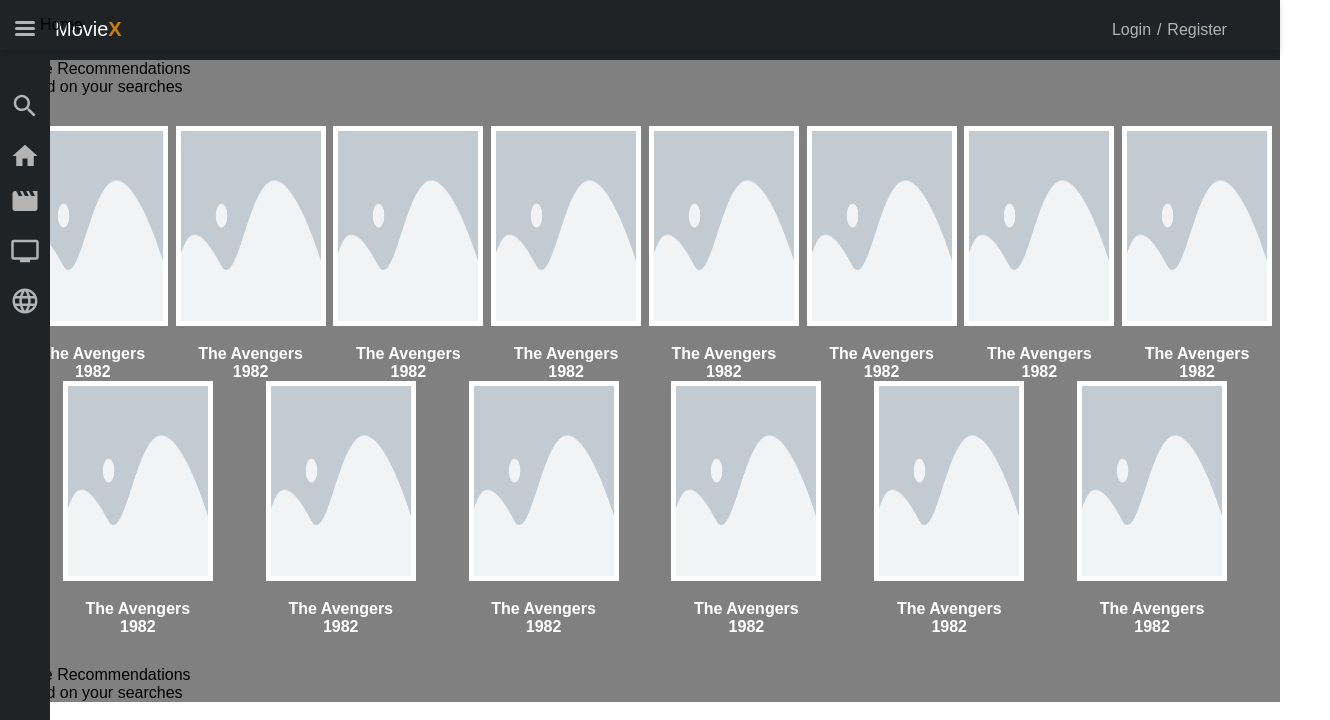
Repository: Amad-Mlinka/MovieTVBrowserNext
Page: /
These files come from the project's save history. The page is drawn as it stood at one moment and after the next save; the edit follows.
The browser window is 1280 px wide. The page is 1280 px wide, then 1330 px, so the pictures cover 1330 px, including what lies to the right of the window. The pictures show the whole page.
The project was rebuilt for these pictures with package versions that can differ from the ones it lists, and the page was loaded fresh each time. The framework's server and built-in components were replaced by stand-ins that run in the browser. Also part of the build but not shown: next.config.js.

Above is the page before, as saved 2021-08-06 22:59:09.

### pages/_app.js
import Layout from '../components/layout/Layout'
import '../styles/globals.scss'


function MyApp({ Component, pageProps }) {
  return (
    <Layout>
      <Component {...pageProps} />
    </Layout>


  )
}

export default MyApp

### pages/index.js
import Head from 'next/head'

import homeStyles from '../styles/Home.module.scss'
import Media from "../components/media/Media"



export default function Home() {
  return (
    <>
      <header className={homeStyles.header}>
        <div className={homeStyles.heading}>
          Home
        </div>

      </header>
      <div className={homeStyles.buffer}></div>
      <div className={homeStyles.content}>
        <div className="movieRecommendations">
          <div className="recommendationHeader">
            <span>Movie Recommendations</span>
          </div>
          <div className="recommendationSubHeader">
            <span>Based on your searches</span>
          </div>
          <div className={homeStyles.mediaList}>
            <Media rating={3} title={"The Avengers"} year={"1982"}/>
            <Media rating={3} title={"The Avengers"} year={"1982"}/>
            <Media rating={3} title={"The Avengers"} year={"1982"}/>
            <Media rating={3} title={"The Avengers"} year={"1982"}/>
            <Media rating={3} title={"The Avengers"} year={"1982"}/>
            <Media rating={3} title={"The Avengers"} year={"1982"}/>
            <Media rating={3} title={"The Avengers"} year={"1982"}/>
            <Media rating={3} title={"The Avengers"} year={"1982"}/>
            <Media rating={3} title={"The Avengers"} year={"1982"}/>
            <Media rating={3} title={"The Avengers"} year={"1982"}/>
            <Media rating={3} title={"The Avengers"} year={"1982"}/>
            <Media rating={3} title={"The Avengers"} year={"1982"}/>
            <Media rating={3} title={"The Avengers"} year={"1982"}/>
            <Media rating={3} title={"The Avengers"} year={"1982"}/>
          </div>
        </div>
        <div className="tvRecommendations">
          <div className="recommendationHeader">
            <span>Movie Recommendations</span>
          </div>
          <div className="recommendationSubHeader">
            <span>Based on your searches</span>
          </div>
        </div>
      </div>
    </>

  )
}

### components/layout/Layout.tsx
import React, { useState } from 'react'
import Nav from '../nav/Nav'
import layoutStyles from "../../styles/Layout.module.scss"

const Layout = ({children}) => {
    const [sidebarOpen, setsidebarOpen] = useState(false)
    const [sidebarLock, setSidebarLock] = useState(false);
    const sidebarToggle = () => {
        setsidebarOpen(!sidebarOpen);
    }
    const sidebarLockToggle = () => {
        setSidebarLock(!sidebarLock);
    }
    return (
        <>
        <Nav sidebarOpen={sidebarOpen} setSidebarOpen={sidebarToggle} sidebarLock={sidebarLock} setSidebarLock={sidebarLockToggle}/>
        <main className={`${layoutStyles.main} ${sidebarOpen ? layoutStyles.hamburgerOpen : layoutStyles.hamburgerClose}`}>
            {children}
        </main>
        </>

    )
}

export default Layout

### styles/globals.scss
html, body {
  height: 100%;
}
body {
  background: #fff;
  padding: 0;
  margin: 0;
  font-family: 'Varela Round', sans-serif;
}

a {
  color: inherit;
  text-decoration: none;
}

* {
  box-sizing: border-box;
}

### styles/Home.module.scss
@import "general.scss";

.header {
  position: relative;
  display: flex;
  flex-direction: row;
  justify-content: flex-start;
}
.heading {
  position: fixed;
  width: 100%;
  align-items: center;
  box-shadow: 0 3px 6px 0 rgb(0 0 0 / 15%);
  color: black;
  display: flex;
  flex-shrink: 0;
  font-size: 16px;
  height: 50px;
  justify-content: space-between;
  padding-left: 40px;
  padding-right: 25px;
  z-index: 1;
}
.buffer {
  height: 50px;
  width: 100%;
  margin-bottom: 10px;
}
.content {
  padding-left: 10px;
}
.mediaList {
  margin: 30px 0px;
  display: flex;
  flex-direction: row;
  justify-content: space-evenly;
  flex-wrap: wrap;
}

### components/media/Media.tsx
import React from 'react'

import mediaStyles from "../../styles/Media.module.scss"
import placeholder from "../../public/placeholder.png"
import { Button, Rating } from '@material-ui/core'
import Image from 'next/image'

const Media = (props) => {
    return (
        <>
            <div className={mediaStyles.media}>
              <div className={mediaStyles.mediaContainer}>
                <div className={mediaStyles.mediaImageContainer}>
                  <Image className={mediaStyles.mediaImage} src={props.image || placeholder} height="200" width="150" />
                </div>
                <div className={mediaStyles.mediaOverlay}>
                  <div className={mediaStyles.mediaRating}>
                    <Rating value={props.rating}></Rating>
                    <span className={`${mediaStyles.mediaRatingText} ${mediaStyles.mediaOverlayItem}`}> {props.rating}/5</span>
                  </div>
                  <div className={`${mediaStyles.mediaGenre} ${mediaStyles.mediaOverlayItem}`}>
                    <span className={`${mediaStyles.mediaGenreText}`}> Drama</span>
                  </div>
                  <div className={`${mediaStyles.mediaDetails} ${mediaStyles.mediaOverlayItem}`}>
                    <Button variant="contained" color="success">
                      Details
                    </Button>
                  </div>
                </div>
              </div>
              <div className={mediaStyles.mediaInfo}>
                <div className={mediaStyles.mediaTitle}>
                  <span className={mediaStyles.mediaTitleText}> {props.title}</span>
                </div>
                <div className={mediaStyles.mediaYear}>
                  <span className={mediaStyles.mediaYearText}> {props.year}</span>
                </div>
              </div>
            </div>
        </>
    )
}

export default Media

### components/nav/Nav.tsx
import React from 'react'
import Sidebar from '../sidebar/Sidebar'
import Navbar from '../navbar/Navbar';


const Nav = (props) => {

    return (
        <>
            <Navbar  sidebarOpen={props.sidebarOpen} setSidebarOpen={props.setSidebarOpen} sidebarLock={props.sidebarLock} setSidebarLock={props.setSidebarLock}/>
            <Sidebar sidebarOpen={props.sidebarOpen} setSidebarOpen={props.setSidebarOpen} sidebarLock={props.sidebarLock}/>
        </>
    )
}

export default Nav

### styles/Layout.module.scss
@import "general.scss";

.main{
    position: rel;
    left: 50px;
    top: 60px;
    transition: all .5s ease;
    width: 100%;
    height: 100%;
    background: gray;

}

.hamburgerClose{
    left: 50px;
    transition: all .5s ease;
}

.hamburgerOpen{
    left: 250px;
}

### styles/general.scss
@import "variables.scss";
.dNone{
    display: none !important;
}
.dBlock{
    display: block !important;
}

### styles/variables.scss
$base-color:#1f2326;
$secondary-color:#cb7c17;
$tertiary-color:#b4b4b4;

@mixin breakpoint($point) {
    @if $point == min-desktop {
      @media (min-width: 993px) { @content ; }
   }
    @else if $point == min-laptop {
      @media (min-width: 769px) { @content ; }
   }
     @else if $point == min-tablet {
      @media (min-width: 361px) { @content ; }
   }
   @else if $point == min-mobile {
      @media (min-width: 0px)  { @content ; }

   }@else if $point == max-desktop {
      @media (max-width: 1200px) { @content ; }

   }@else if $point == max-laptop {
      @media (max-width: 992px) { @content ; }
   }
     @else if $point == max-tablet {
      @media (max-width: 768px) { @content ; }
   }
   @else if $point == max-mobile {
      @media (max-width: 360px)  { @content ; }

   }
 }

### styles/Media.module.scss
@import "general.scss";

.media {
    width: fit-content;
    height: fit-content;

  }

  .mediaContainer {
    position: relative;
    overflow: hidden;
    &:hover {
        cursor: pointer;
      .mediaOverlay {
        animation: fadeInUp .5s ease-in-out;
        animation-fill-mode: forwards;
      }
    }
  }
  .mediaImage{
    border: 5px solid white !important;

  }

  .mediaOverlay {
    position: absolute;
    opacity: 0;
    top: 0px;
    width: 100%;
    height: 100%;
    display: flex;
    flex-direction: column;
    justify-content: center;
    align-items: center;
  }
  .mediaOverlayItem {
    margin: 10px 0px;
  }
  .mediaRating {
    display: flex;
    flex-direction: column;
    justify-content: center;
    align-items: center;
  }
  .mediaImageContainer{
    max-height: 210px;
    margin-bottom: 15px;
  }

  .mediaInfo{
    color: white;
    display: flex;
    flex-direction: column;
    align-items: center;
    font-weight: 700;
  }

  @keyframes fadeInUp {
    from {
        transform: translate3d(0, 40px, 0);
        opacity: 0;
    }

    to {
        transform: translate3d(0, 0, 0);
        opacity: 1;
    }
  }

### components/sidebar/Sidebar.tsx
/*Imports */
import React, { useState } from 'react'

/*Material components*/
import SidebarLink from "./SidebarLink"


/*Icons*/
import HomeIcon from '@material-ui/icons/Home';
import SearchIcon from '@material-ui/icons/Search';
import MovieIcon from '@material-ui/icons/Movie';
import TvIcon from '@material-ui/icons/Tv';
import LanguageIcon from '@material-ui/icons/Language';
import KeyboardArrowDownIcon from '@material-ui/icons/KeyboardArrowDown';

/*Import Plugins*/
import $ from "jquery"


/*Styles*/
import sidebarStyles from "../../styles/Sidebar.module.scss"


const Sidebar = (props) => {
    const tvDropdown = {
        History: "link",
        Recomendations: "link",
        Bla: "bla"
    }
    const movieDropdown = {
        History: "link",
        Recomendations: "link",
        Bla: "bla"

    }
    const languageDropdown = {
        English: "hi",
        Bosnian: "zdravo"
    }
    return (
        <div className={`${sidebarStyles.sidebar} ${props.sidebarOpen ? sidebarStyles.sidebarActive : ""}`}
        onMouseEnter={()=>{
            if(!props.sidebarOpen && props.sidebarLock){
                props.setSidebarOpen(!props.sidebarOpen);
            }
        }}
        onMouseLeave={() => {
            if(props.sidebarOpen && props.sidebarLock){
                props.setSidebarOpen(!props.sidebarOpen);
            }
        }}
        >

            <div className={sidebarStyles.sidebarMenu}>
                <ul className={`${sidebarStyles.sidebarList}`}>
                    <SidebarLink type="search" sidebarOpen={props.sidebarOpen} />

                    <SidebarLink type="singleLink" text="Home" icon={<HomeIcon/>} sidebarOpen={props.sidebarOpen}  />

                    <SidebarLink type="dropdown" text="Movies" icon={<MovieIcon/>} sidebarOpen={props.sidebarOpen} dropdownLinks ={movieDropdown}/>

                    <SidebarLink type="dropdown" text="TV Shows" icon={<TvIcon/>} sidebarOpen={props.sidebarOpen} dropdownLinks ={tvDropdown}/>

                    <SidebarLink type="dropdown" text="Languages" icon={<LanguageIcon/>} sidebarOpen={props.sidebarOpen} dropdownLinks ={languageDropdown}/>

                </ul>
            </div>

        </div>
    )
}

export default Sidebar

### components/navbar/Navbar.tsx
/*Imports */
import React from 'react'

/*Material components*/
import Avatar from '@material-ui/core/Avatar';

/*Icons*/

/*Import Plugins*/


/*Styles*/
import navStyles from "../../styles/Navbar.module.scss"

const Navbar = (props) => {
    return (
        <header className={navStyles.header}>
        <div className={navStyles.left}>
            <div className={navStyles.hamburgerLogo}>
                <div className={navStyles.hamburger} onClick={()=>{
                        props.setSidebarOpen(!props.sidebarOpen);
                        props.setSidebarLock(!props.sidebarLock);

                    }}>
                    <div className={`${navStyles.spinner} ${navStyles.diagonal} ${props.sidebarOpen ? navStyles.part1Active : ""}`}></div>
                    <div className={`${navStyles.spinner} ${navStyles.horizontal} ${props.sidebarOpen ? navStyles.horizontalActive : ""}`}></div>
                    <div className={`${navStyles.spinner} ${navStyles.diagonal} ${props.sidebarOpen ? navStyles.part2Active : ""}`}></div>
                </div>
                <div data-end="X" className={navStyles.logo}>
                    <span>Movie</span>
                </div>
            </div>


        </div>
        <div className={navStyles.right}>
            <div className={navStyles.profile}>
                <div className={`${navStyles.loggedIn} ${navStyles.dNone} `}>

                    <Avatar className={navStyles.avatar} alt="Amad Mlinaric"> AM </Avatar>
                </div>
                <div className={`${navStyles.notLoggedIn} `}>
                    <div className={navStyles.loginRegister}>
                        <div className={navStyles.login}>
                            <span>Login</span>
                        </div>
                        <span>/</span>
                        <div className={navStyles.register}>
                            <span>Register</span>
                        </div>
                    </div>
                </div>
            </div>
        </div>

    </header>
    )
}

export default Navbar

### components/sidebar/SidebarLink.tsx
/*Imports */
import React, { useEffect, useState } from 'react'

/*Material components*/


/*Icons*/
import HomeIcon from '@material-ui/icons/Home';
import SearchIcon from '@material-ui/icons/Search';
import MovieIcon from '@material-ui/icons/Movie';
import TvIcon from '@material-ui/icons/Tv';
import LanguageIcon from '@material-ui/icons/Language';
import KeyboardArrowDownIcon from '@material-ui/icons/KeyboardArrowDown';

/*Import Plugins*/
import $ from "jquery"


/*Styles*/
import sidebarStyles from "../../styles/Sidebar.module.scss"



const SidebarLink = (props) => {
    const types = ["search", "singleLink", "dropdown"]
    const [open, setOpen] = useState(false);
    useEffect(() => {
        setOpen(false);
    }, [props.sidebarOpen])
    return (
        <>
            {
                props.type === types[0] ?
                    <li className={`${sidebarStyles.sidebarLink} ${sidebarStyles.sidebarSearch} ${props.sidebarOpen ? sidebarStyles.sidebarSearchActive : ""}`}>
                        <div className={` ${sidebarStyles.searchContainer}`} >
                            <SearchIcon className={sidebarStyles.searchIcon} />
                            <input type="search" name="searchBar" className={`${sidebarStyles.searchBar} ${!props.sidebarOpen ? sidebarStyles.searchBarClosed : ""}`} ></input>
                        </div>
                    </li>
                    :
                    props.type === types[1] ?
                        <li className={sidebarStyles.sidebarLink}>
                            <div className={sidebarStyles.sidebarLinkMain}>
                                {props.icon}
                                <span className={`${sidebarStyles.sidebarText}  ${props.sidebarOpen ? sidebarStyles.sidebarTextActive : ""}`}>{props.text}</span>
                            </div>
                        </li>
                        :
                        <li className={sidebarStyles.sidebarLink} onClick={() => {
                            setOpen(!open)
                        }
                        }>
                            <div className={sidebarStyles.sidebarLinkMain}>
                                {props.icon}
                                <span className={`${sidebarStyles.sidebarText}  ${props.sidebarOpen ? sidebarStyles.sidebarTextActive : ""}`}>{props.text}</span>
                                <KeyboardArrowDownIcon />
                            </div>
                            <div className={`${sidebarStyles.sidebarDropdown} ${open ? sidebarStyles.open : ""}`}>
                                <ul className={`${sidebarStyles.sidebarDropdownLinks}  `}>
                                    {
                                        Object.entries(props.dropdownLinks).map(([name, link]) => (
                                            <li className={sidebarStyles.sidebarDropdownLink} key={name}>{name}</li>
                                        ))

                                    }
                                </ul>
                            </div>
                        </li>
            }
        </>


    )
}

export default SidebarLink

### styles/Sidebar.module.scss
@import "general.scss";
.sidebar {
    position: fixed;
    top: 60px;
    width: 50px;
    height: 100%;
    transition: width 0.5s;
    background: $base-color;
    display: flex;
    flex-direction: column;
    overflow: hidden;
    z-index: 2;
}
.sidebarActive {
    width: 100%;
}

.sidebarList {
    list-style-type: none;
    padding: 0;
    width: 100%;

    .sidebarLink {
        height: fit-content;
        min-height: 50px;
        display: flex;
        flex-direction: column;
        position: relative;
        justify-content: center;
        padding-top: 10px;
        width: 200px;
        &:hover {
            cursor: pointer;
            background: rgba($color: $tertiary-color, $alpha: 0.1);
        }
    }
    .sidebarLinkMain {
        display: flex;
        align-items: center;

    }
    .sidebarText {
        margin-left: 20px;
        color: $tertiary-color;
        width: 100px;
        max-height: 19px;
        min-width: 79px;
        font-weight: bold;
    }
    svg {
        color: $tertiary-color;
        font-size: 30px;
        margin-left: 10px;
    }
    .dropdownIcon {
        font-size: 40px !important;
        &:hover {
            border-radius: 50%;
            border: 0px solid $tertiary-color;
            background: rgba($color: $tertiary-color, $alpha: 0.1);
        }
    }
    .sidebarDropdown {
        position: relative;
        margin-left: 10px;
        max-height: 0;
        transition: max-height 0.35s ease-out;
        overflow: hidden;
        margin-top: 10px;
        .sidebarDropdownLinks {
            list-style: none;
            .sidebarDropdownLink {
                color: $tertiary-color;
                height: 30px;
                font-size: 15px;
            }
        }
    }
    .open {
        max-height: 500px;
        transition: max-height 0.35s ease-in;
    }
}
.sidebarSearch {
    margin-left: 0;
    transition: all 0.5s;
}
.sidebarSearchActive {
    margin-left: 10px;
    width: 100% !important;
    display: flex;
    justify-content: center;
    align-items: center;
    &:hover {
        cursor: pointer;
        background: rgba($color:transparent, $alpha: 0.1) !important;
    }
}
.search {
    background: $base-color;
    width: 100%;
    display: flex;
    flex-direction: column;
    justify-content: center;
    align-items: center;
    visibility: hidden;
}
.searchActive {
    visibility: visible !important;
}
.searchContainer {
    width: 80%;
    display: flex;
    align-items: center;
}
.searchIcon {
    position: absolute;
    color: #b4b4b4;
    opacity: 100 !important;
}

.searchBar {
    width: 100%;
    background: #303437;
    border: 0;
    height: 40px;
    border-radius: 5px;
    padding-left: 45px;
    caret-color: black;
    transition: all 0.3s ease-in-out;
    visibility: visible;
    opacity: 100;
    &:focus {
        background: white;
        outline: none;
    }

}
.searchBarClosed{
    visibility: hidden;
    opacity: 0;
}

@include breakpoint(min-tablet) {
    .sidebarSearchActive {
        margin-left: 10px;
        width: 100% !important;
        display: flex;
        justify-content: flex-start;
        align-items: flex-start;
        &:hover{
            background: transparent;
        }
    }
    .sidebarActive {
        width: 250px;
    }
}

### styles/Navbar.module.scss
@import "general.scss";
//***************************Header***************************//

.header {
    display: flex;
    flex-direction: row;
    justify-content: space-between;
    width: 100%;
    background: $base-color;
    height: 60px;
    position: fixed;
    z-index: 1;
}
.left {
    display: flex;
    flex-direction: row;
    width: 50%;
    justify-content: flex-start;
    align-items: center;
    height: 100%;
}
.hamburgerLogo {
    display: flex;
    flex-direction: row;
}
.hamburger {
    box-sizing: border-box;
    cursor: pointer;
    z-index: 99;
    height: 25px;
    width: 25px;
    margin: 0px 15px;
}
.spinner {
    box-sizing: border-box;
    position: absolute;
    height: 3px;
    width: 20px;
    background-color: #b4b4b4;
    border-radius: 5px;
    margin-top: 3px;
}
.horizontal {
    box-sizing: border-box;
    position: relative;
    transition: all ease-out 0.3s;
}
.horizontalActive{
    display: none;
}
.diagonal {
    box-sizing: border-box;
    position: relative;
    transition: all ease-out 0.3s;
}
.part1Active{
    transform: rotate(
        45deg
        );
        top: 4px;

}
.part2Active{
    transform: rotate(
        315deg
        );
    bottom: 2px;
}
.logo {
    &::after {
        content: "X";
        color: $secondary-color;
        font-weight: bolder;
        font-size: 20px;
    }
    span{
        display: none;
    }
    font-size: 20px;
    color: white;

}

.right{
    height: 100%;
    display: flex;
    flex-direction: row-reverse;
    align-items: center;
    width: 50%;
}
.expandButton{
    font-size: 40px;
    color: $tertiary-color;

}
.profile{
    display: flex;
    flex-direction: row;
    justify-content:flex-start;
   .loggedIn{
       display: flex;
   }
    .notLoggedIn{
        .loginRegister{
            display: flex;
            flex-direction: row;
            justify-content: space-between;
            color: #b4b4b4;
            width: 115px;
            margin-right: 10px;
        }

    }
}

@include breakpoint(min-tablet){


    .header {
        display: flex;
        flex-direction: row;
        justify-content: space-between;
        width: 100%;
        background: $base-color;
        height: 60px;
    }
    .left {
        display: flex;
        flex-direction: row;
        width: 50%;
        justify-content: flex-start;
        align-items: center;
        height: 100%;
    }
    .logo {
        font-size: 20px;
        color: white;
        span{
            display: inline;
        }
        &::after {
            content: attr(data-end);
            color: $secondary-color;
            font-weight: bolder;
        }
    }
    .search {
        position: relative;
        margin-left: 10px;
        top: 0;
        left: 0;
    }

    .expandButton{
        display: none;
    }
    .right{
        height: 100%;
        display: flex;
        flex-direction: row-reverse;
        align-items: center;
        width: 50%;
    }
    .profile{
        display: flex;
        flex-direction: row;
        width: 33%;
        justify-content: center;
        .loggedIn{
            .avatar{
                margin-left: 45px;
            }
        }
        .notLoggedIn{
            .loginRegister{
                display: flex;
                flex-direction: row;
                justify-content: space-between;
                color: #b4b4b4;
                width: 115px;
            }

        }
    }


}

After the next save:
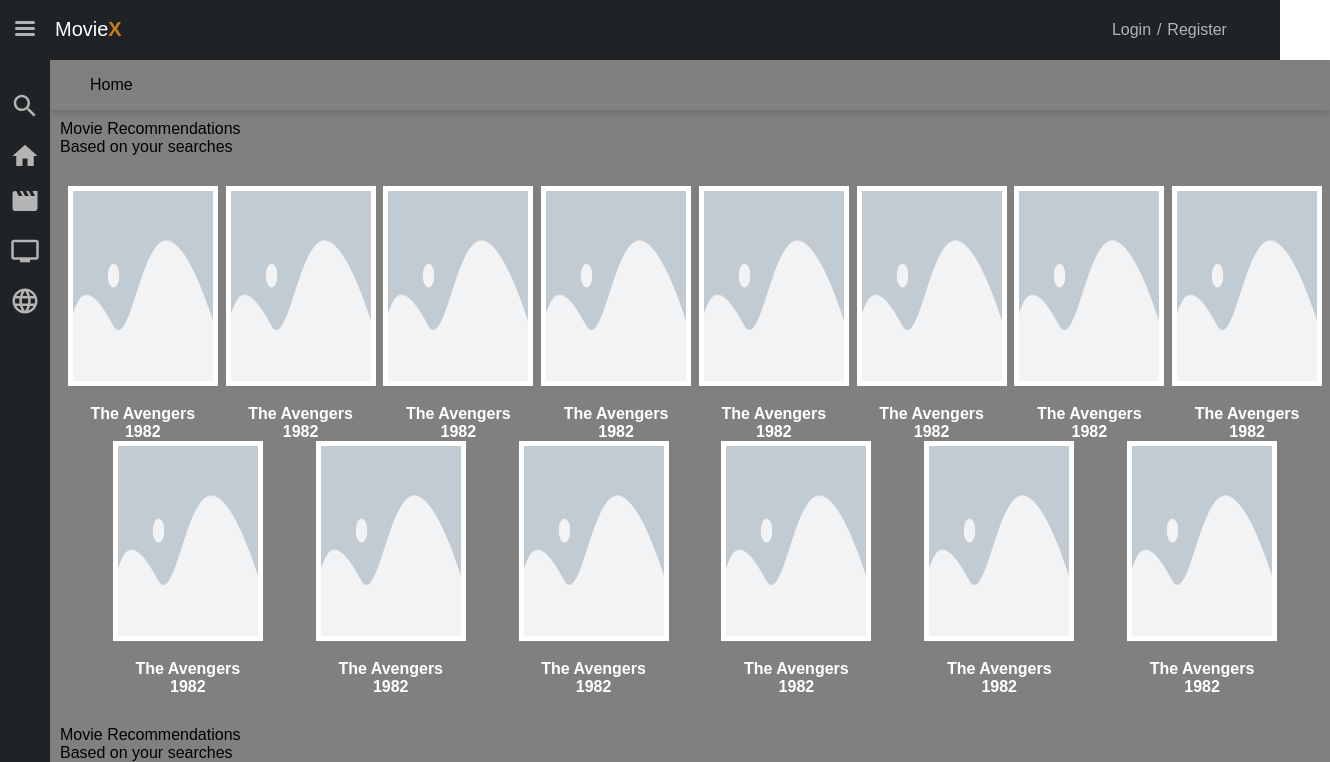
Saved 6 s later.
--- a/styles/Layout.module.scss
+++ b/styles/Layout.module.scss
@@ -1,7 +1,7 @@
 @import "general.scss";
 
 .main{
-    position: rel;
+    position: relative;
     left: 50px;
     top: 60px;
     transition: all .5s ease;
